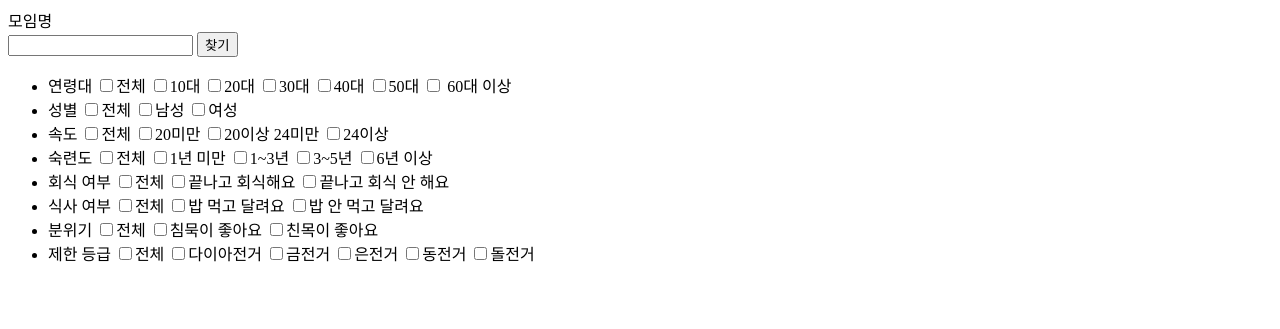
Repository: onpul/TEAM1
Page: http://localhost/Riding/mj/RidingList.jsp
An editor plug-in stored every save of this project. The page is shown before and after the next save, followed by the edit.
The browser window is 1280 px wide. The pictures show the whole page.
The page is served by Tomcat 9. Other server files are loaded and not shown.

Above is the page before, as saved 2022-06-04 10:33:37.

### Riding/WebContent/mj/RidingList.jsp
<%@ page contentType="text/html; charset=UTF-8"%>
<%
	request.setCharacterEncoding("UTF-8");
	String cp = request.getContextPath();
%>
<!DOCTYPE html>
<html>
<head>
<meta charset="UTF-8">
<title>Insert title here</title>
</head>
<body>
<div>
	<div>모임명</div>
	<input type="text" />
	<input type="button" value="찾기"/>
</div>
<div>
	<ul>
		<li> 연령대
		<label><input type="checkbox" name="age" value="전체">전체</label>
		<label><input type="checkbox" name="age" value="10대">10대</label>
		<label><input type="checkbox" name="age" value="20대">20대</label>
		<label><input type="checkbox" name="age" value="30대">30대</label>
		<label><input type="checkbox" name="age" value="40대">40대</label>
		<label><input type="checkbox" name="age" value="50대">50대</label>
		<label><input type="checkbox" name="age" value="60대 이상"> 60대 이상</label>
		</li>
		<li> 성별
		<label><input type="checkbox" name="gender" value="전체"/>전체</label>
		<label><input type="checkbox" name="gender" value="남성"/>남성</label>
		<label><input type="checkbox" name="gender" value="여성"/>여성</label>
		</li>
		<li> 속도
		<label><input type="checkbox" name="speed" value="전체"/>전체</label>
		<label><input type="checkbox" name="speed" value="20미만"/>20미만</label>
		<label><input type="checkbox" name="speed" value="20이상 24미만"/>20이상 24미만</label>
		<label><input type="checkbox" name="speed" value="24이상"/>24이상</label>
		</li>
		<li> 숙련도
		<label><input type="checkbox" name="step" value="전체"/>전체</label>
		<label><input type="checkbox" name="step" value="1년 미만"/>1년 미만</label>
		<label><input type="checkbox" name="step" value="1~3년"/>1~3년</label>
		<label><input type="checkbox" name="step" value="3~5년"/>3~5년</label>
		<label><input type="checkbox" name="step" value="6년 이상"/>6년 이상</label>
		</li>
		<li> 회식 여부
		<label><input type="checkbox" name="dinning" value="전체"/>전체</label>
		<label><input type="checkbox" name="dinning" value="끝나고 회식해요"/>끝나고 회식해요</label>
		<label><input type="checkbox" name="dinning" value="끝나고 회식 안 해요"/>끝나고 회식 안 해요</label>
		</li>
		<li> 식사 여부
		<label><input type="checkbox" name="eat" value="전체"/>전체</label>
		<label><input type="checkbox" name="eat" value="밥 먹고 달려요"/>밥 먹고 달려요</label>
		<label><input type="checkbox" name="eat" value="밥 안 먹고 달려요"/>밥 안 먹고 달려요</label>
		</li>
		<li> 분위기
		<label><input type="checkbox" name="mood" value="전체"/>전체</label>
		<label><input type="checkbox" name="mood" value="침묵이 좋아요"/>침묵이 좋아요</label>
		<label><input type="checkbox" name="mood" value="친목이 좋아요"/>친목이 좋아요</label>
		</li>
		<li> 제한 등급
		<label><input type="checkbox" name="grade" value="전체"/>전체</label>
		<label><input type="checkbox" name="grade" value="다이아전거"/>다이아전거</label>
		<label><input type="checkbox" name="grade" value="금전거"/>금전거</label>
		<label><input type="checkbox" name="grade" value="은전거"/>은전거</label>
		<label><input type="checkbox" name="grade" value="동전거"/>동전거</label>
		<label><input type="checkbox" name="grade" value="돌전거"/>돌전거</label>
		</li>
	</ul>
</div>
</body>
</html>

After the next save:
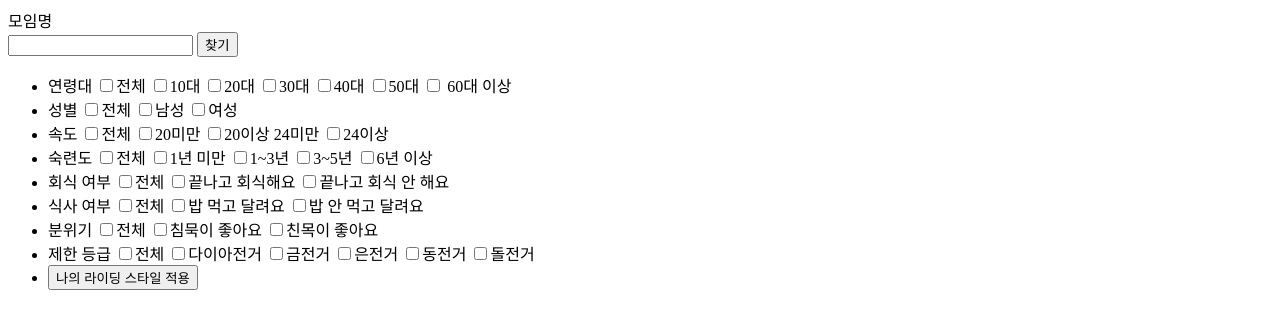
Saved 30 s later.
--- a/Riding/WebContent/mj/RidingList.jsp
+++ b/Riding/WebContent/mj/RidingList.jsp
@@ -67,6 +67,7 @@
 		<label><input type="checkbox" name="grade" value="동전거"/>동전거</label>
 		<label><input type="checkbox" name="grade" value="돌전거"/>돌전거</label>
 		</li>
+		<li><input type="button" value="나의 라이딩 스타일 적용"/></li>
 	</ul>
 </div>
 </body>
